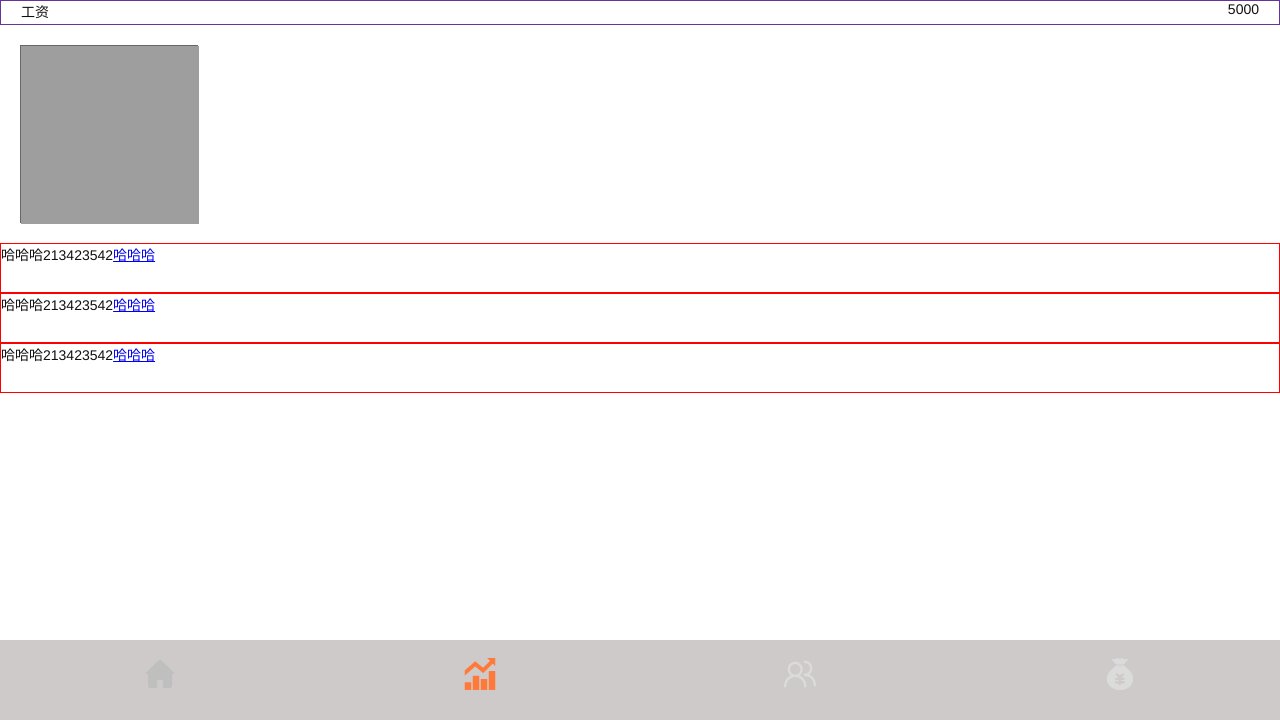
Repository: panlin520-team/lnmj-staffH5
Page: /#/salary
These files come from the project's save history. The page is drawn as it stood at one moment and after the next save; the edit follows.
The browser window is 1280 px wide. The pictures show the whole page.
Pictures or frames that could not be fetched are drawn as grey boxes. The project was rebuilt for these pictures with package versions that can differ from the ones it lists, and the page was loaded fresh each time. Also part of the build but not shown: src/views/Lojin.vue.

Above is the page before, as saved 2020-04-09 16:18:16.

### src/main.js
import Vue from 'vue'
import App from './App.vue'
import router from './router'
import store from './store'
import ElementUI from 'element-ui'
import '@/assets/scss/reset.less'
import 'element-ui/lib/theme-chalk/index.css';
Vue.use(ElementUI)


Vue.config.productionTip = false

new Vue({
  router,
  store,
  render: h => h(App)
}).$mount('#app')

### src/App.vue
<template>
  <div id="app">
    <router-view />
  </div>
</template>
<script>
export default {
  data() {
    return {
    };
  },
  created() {},
  methods: {
  }
};
</script>
<style lang="less">
</style>

### src/router/index.js
import Vue from 'vue'
import VueRouter from 'vue-router'
import Lojin from '../views/Lojin.vue'

Vue.use(VueRouter)

const routes = [
  //首页登录
  {
    path: '/',
    name: 'Lojin',
    component: Lojin
  },
  //首页登录
  {
    path: '/Lojin',
    name: 'Lojin',
    component: Lojin
  },
  //用户注册
  {
    path: '/register',
    name: 'Register',
    component: () => import('../views/Register.vue')
  },
  //用户忘记密码
  {
    path: '/forgetpassword',
    name: 'Forgetpassword',
    component: () => import('../views/Forgetpassword.vue')
  },
  //登录首页
  {
    path: '/homepage',
    name: 'Homepage',
    component: () => import('../views/Homepage.vue')
  },
  //业绩
  {
    path: '/performance',
    name: 'Performance',
    component: () => import('../views/Performance.vue')
  },
  //组员
  {
    path: '/crew',
    name: 'Crew',
    component: () => import('../views/Crew.vue')
  },
  //工资
  {
    path: '/salary',
    name: 'Salary',
    component: () => import('../views/Salary.vue')
  },
]

const router = new VueRouter({
  routes
})

export default router

### src/assets/scss/reset.less
* {
  margin: 0;
  padding: 0;
}

div {
  box-sizing: border-box;
  -webkit-tap-highlight-color: rgba(0, 0, 0, 0);
  // -webkit-user-select: none;
}

img {
  border: 0;
}

ul,
ol {
  list-style: none;
}

textarea {
  // 禁止调节文本域尺寸
  resize: none;
  outline-style: none;
  -webkit-appearance: none;
}

input,
button {
  outline-style: none;
  box-sizing: border-box;
  border: none;
}

// 输入框提示文本颜色设置
input::-moz-focus-inner {
  border: 0;
}

input::-webkit-input-placeholder {
  /* WebKit browsers */
  color: #BBB;
}

input::-moz-placeholder {
  /* Mozilla Firefox 19+ */
  color: #BBB;
}

input:-ms-input-placeholder {
  /* Internet Explorer 10+ */
  color: #BBB;
}

html,
body {
  width: 100%;
  height: 100%;
}

body {
  background-color: #ffffff;
  font-family: "Helvetica Neue", Helvetica, "PingFang SC", "Hiragino Sans GB", "Microsoft YaHei", "微软雅黑", Arial, sans-serif;
  font-size: 14px;
  color: #101010;
}

#app {
  position: relative;
  width: 100%;
  height: 100%;
}

// 滚动条尺寸
div::-webkit-scrollbar {
  width: 10px;
  height: 10px;
}

// 滚动条内部方块
// div::-webkit-scrollbar-thumb {
//   border-radius: 10px;
//   box-shadow: inset 0 0 5px rgba(0, 0, 0, 0.2);
//   background: #52BD3A;
// }

// 滚动条轨道
// div::-webkit-scrollbar-track {
//   box-shadow: inset 0 0 5px rgba(0, 0, 0, 0.2);
//   border-radius: 10px;
//   background: rgba(0, 0, 0, 0.1);
// }

.topBand {
  width: 100%;
  height: 80px;
  background: #23A547;
  display: flex;
  position: fixed;
  top: 0;
  left: 0;
  z-index: 100;
}

.container {
  display: flex;
  background: #ffffff;
  padding-top: 80px;
  z-index: 99;
  height: 100%;

  .aside {
    width: 200px;
    min-width: 200px;
    overflow: hidden;
    white-space: nowrap;
    text-overflow: ellipsis;
    position: fixed;
    top: 80px;
    bottom: 0;
    left: 0;
  }

  .main {
    flex: 1;

    &.active {
      padding-left: 200px;
    }
  }
}

.footer {
  height: 80px;
  background: #23A547;
}

.scrollX {
  overflow-x: auto;
  overflow-y: hidden;
}

.scrollY {
  overflow-x: hidden;
  overflow-y: auto;
  width: 100%;
}

.popPage {
  position: fixed;
  top: 0;
  left: 0;
  width: 100%;
  height: 100%;
  padding: 20px;
  z-index: 100;
  background-color: #ffffff;
}

.nowrap {
  overflow: hidden;
  white-space: nowrap;
  text-overflow: ellipsis;
}

.btn-pointer {
  cursor: pointer;
}

### src/views/Salary.vue
 <!--工资-->
<template>
  <div class="salary">
    <div
      class="content"
      :style="{'height': (virtualHeight - 80)+'px','overflow':'auto','margin-bottom':80+'px'}"
    >
      <div class="wage">
        <label>工资</label>
        <span>{{salarywage}}</span>
      </div>
      <div class="uplodse">
        <el-upload
          class="avatar-uploader"
          action="https://jsonplaceholder.typicode.com/posts/"
          :show-file-list="false"
          :on-success="handleAvatarSuccess"
          :before-upload="beforeAvatarUpload"
        >
          <img v-if="imageUrl" :src="imageUrl" class="avatar" />
          <i v-else class="el-icon-plus avatar-uploader-icon"></i>
        </el-upload>
      </div>
      <div class="wwwobjext" v-for="item in dataondter" :key="item.id">
        <label>{{item.name}}</label>
        <span>{{item.number}}</span>
        <router-link :to="{ path: item.path }">{{item.name}}</router-link>
      </div>
    </div>

    <!-- 底部导航 -->
    <div class="switchoverBtn">
      <Btnnavigation></Btnnavigation>
    </div>
  </div>
</template>

<script>
//引入模块
import Btnnavigation from "@/components/Btnnavigation.vue";
export default {
  name: "salary",
  components: { Btnnavigation },
  data() {
    return {
      // 浏览器可视高度
      virtualHeight: window.innerHeight,
      //工资
      salarywage: "5000",
      imageUrl: "../assets/images/backcolor.jpg",
      dataondter: [
        {
          name: "哈哈哈",
          number: "213423542"
        },
        {
          name: "哈哈哈",
          number: "213423542"
        },
        {
          name: "哈哈哈",
          number: "213423542"
        }
      ]
    };
  },
  created() {},
  methods: {
    handleAvatarSuccess(res, file) {
      this.imageUrl = URL.createObjectURL(file.raw);
    },
    beforeAvatarUpload(file) {
      const isLt2M = file.size / 1024 / 1024 < 2;
      if (!isLt2M) {
        this.$message.error("上传头像图片大小不能超过 2MB!");
      }
      return isLt2M;
    }
  }
};
</script>

<style lang="less" scoped>
.salary {
  width: 100%;
  height: 100%;
  position: relative;
  .content {
    width: 100%;
    .wage {
      width: 100%;
      display: flex;
      justify-content: space-between;
      height: 25px;
      border: 1px solid rebeccapurple;
      padding: 0 20px;
    }
    .uplodse {
      width: 178px;
      height: 178px;
      border: 1px solid rgb(104, 102, 102);
      margin: 20px;
      .avatar-uploader .el-upload {
        border: 1px dashed #d9d9d9;
        border-radius: 6px;
        cursor: pointer;
        position: relative;
        overflow: hidden;
      }
      .avatar-uploader .el-upload:hover {
        border-color: #409eff;
      }
      .avatar-uploader-icon {
        font-size: 28px;
        color: #8c939d;
        width: 178px;
        height: 178px;
        line-height: 178px;
        text-align: center;
      }
      .avatar {
        width: 178px;
        height: 178px;
        display: block;
      }
    }
    .wwwobjext {
      width: 100%;
      height: 50px;
      border: 1px solid red;
    }
  }
  .switchoverBtn {
    position: absolute;
    bottom: 0;
    width: 100%;
    height: 80px;
    z-index: 999;
  }
}
</style>

### src/components/Btnnavigation.vue
 <!--底部导航-->
<template>
  <div class="btnnavigation">
    <!-- <div class="somenavigation" to="/homepage">
      <div class="navitnew">
      <router-link to="/homepage">首页</router-link>
      </div>
    </div> -->
    <router-link class="somenavigation" to="/homepage">
      <div class="navitnew">
        <img src="../assets/images/homepage.png" alt />
      </div>
    </router-link>
    <router-link class="somenavigation" to="/Performance">
      <div class="navitnew">
        <img src="../assets/images/performance.png" alt />
      </div>
    </router-link>
    <router-link class="somenavigation" to="/crew">
      <div class="navitnew">
        <img src="../assets/images/crew.png" alt />
      </div>
    </router-link>
    <router-link class="somenavigation" to="/salary">
      <div class="navitnew">
        <img src="../assets/images/wage.png" alt />
      </div>
    </router-link>
  </div>
</template>

<script>
export default {
  name: "btnnavigation",
  components: {},
  data() {
    return {
      operate: [
        { id: 1, name: "系统1", path: "/homepage" },
        { id: 2, name: "系统2", path: "/Performance" },
        { id: 3, name: "系统3", path: "/crew" },
        { id: 4, name: "系统4", path: "/salary" }
      ]
    };
  },
  created() {},
  methods: {
    change() {}
  }
};
</script>

<style lang="less" scoped>
.btnnavigation {
  width: 100%;
  height: 80px;
  position: fixed;
  bottom: 0;
  display: flex;
  background-color: rgb(207, 202, 202);
  .somenavigation {
    width: 25%;
    .navitnew {
      text-align: center;
      line-height: 90px;
      color: red;
    }
  }
}
</style>

Loaded but not shown: public/index.html (common file); src/store/index.js (common file)

After the next save:
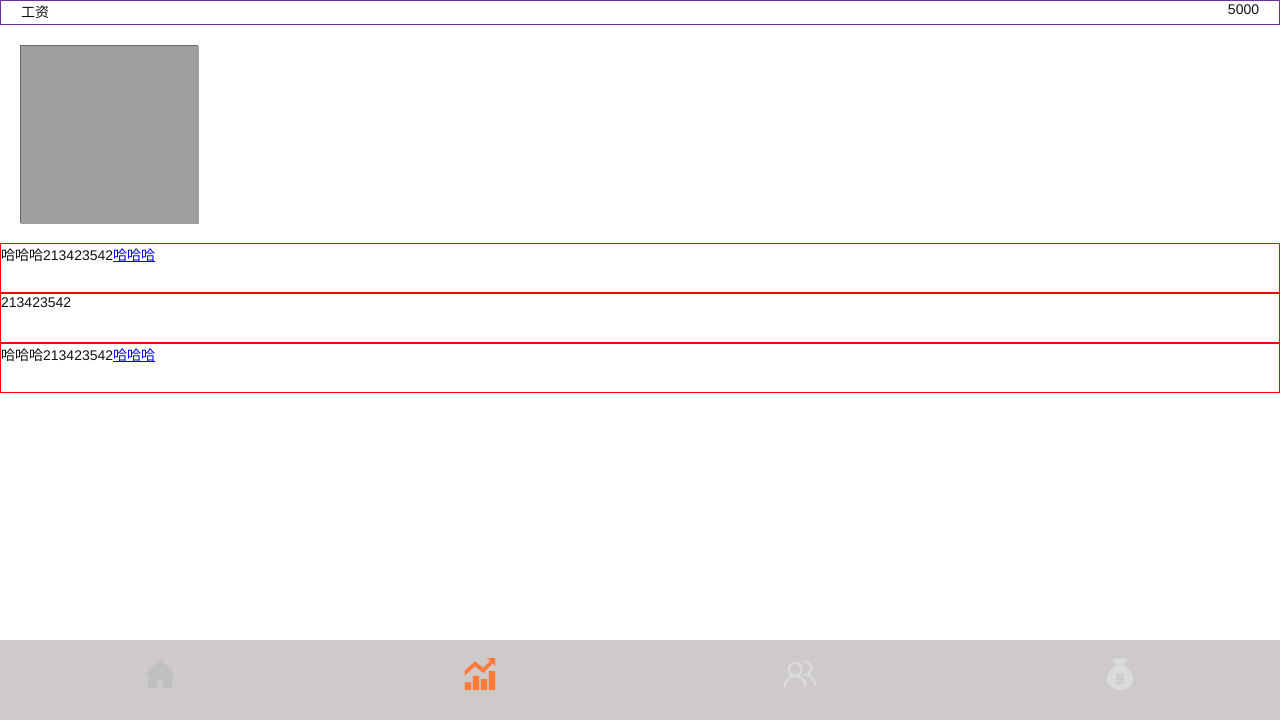
Saved 7 s later.
--- a/src/views/Salary.vue
+++ b/src/views/Salary.vue
@@ -54,7 +54,7 @@ export default {
           number: "213423542"
         },
         {
-          name: "哈哈哈",
+          name: "",
           number: "213423542"
         },
         {
